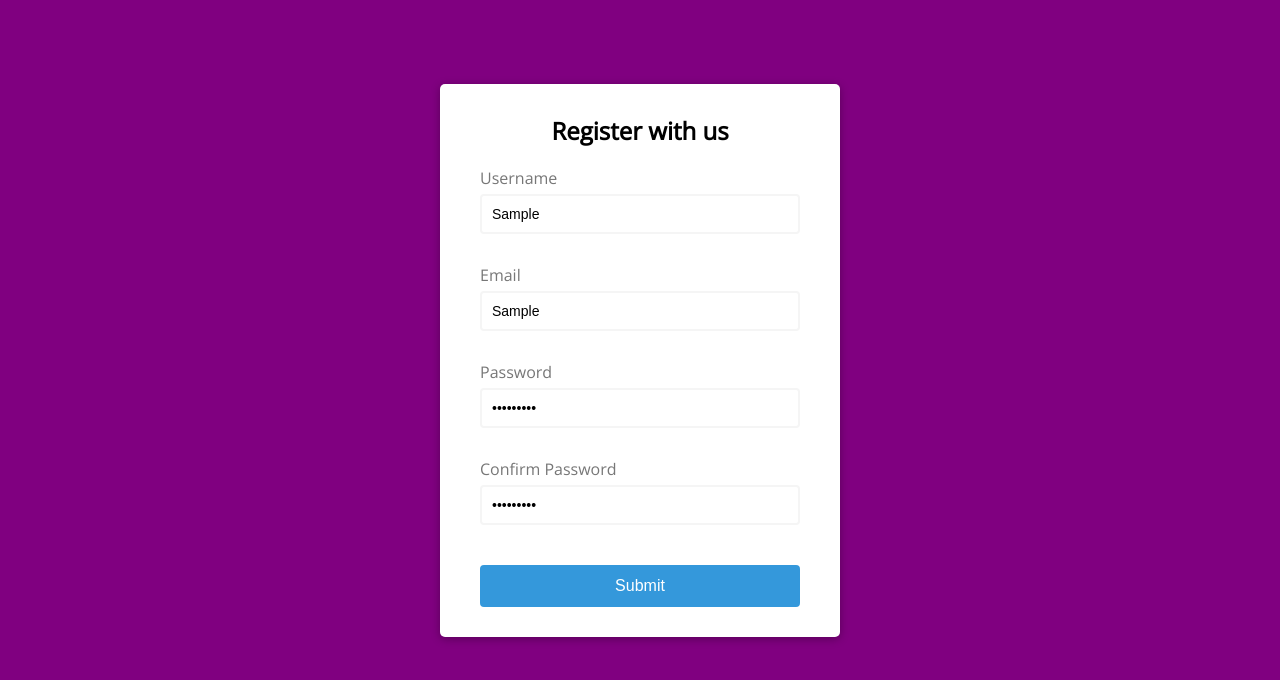
Repository: Azariagmt/Vanilla-javascript
Page: Form-Validator/index.html
The author's editor kept a copy of each file at every save. The page is drawn from the files as they stood at one save, then again after the next save.
The browser window is 1280 px wide. The pictures show the whole page.
Empty fields were first filled with sample values (such as "Sample", 5 or name@example.com).
After loading, the first visible `#form` was submitted once.

Above is the page before, as saved 2020-04-21 12:59:53.
Console error: TypeError: Cannot read properties of undefined (reading 'parentElement')

After the next save:
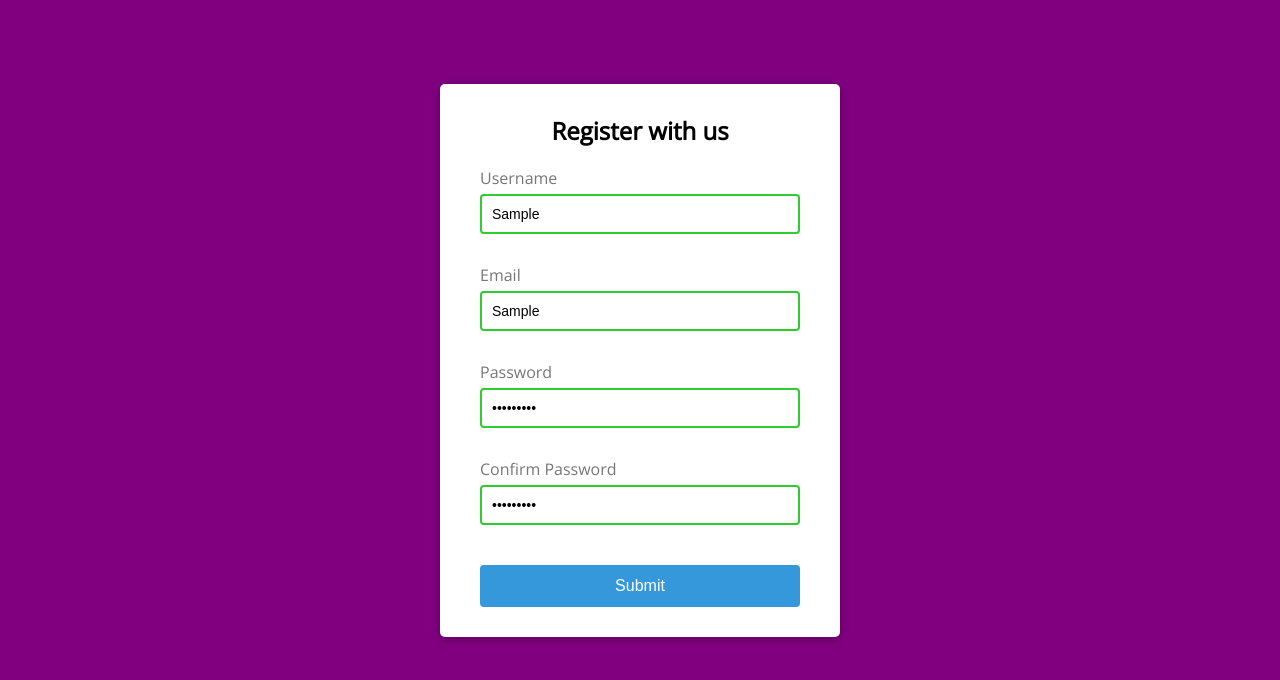
The error is gone.
Saved 5 s later.
--- a/Form-Validator/script.js
+++ b/Form-Validator/script.js
@@ -30,8 +30,8 @@ function checkRequired(inputArr){
         if(input.value.trim() === ''){
             showError(input, 'is required');
         }else{
-            showSuccess()
-;        }
+            showSuccess(input);
+        }
     });
 }
 form.addEventListener('submit', function(e){
